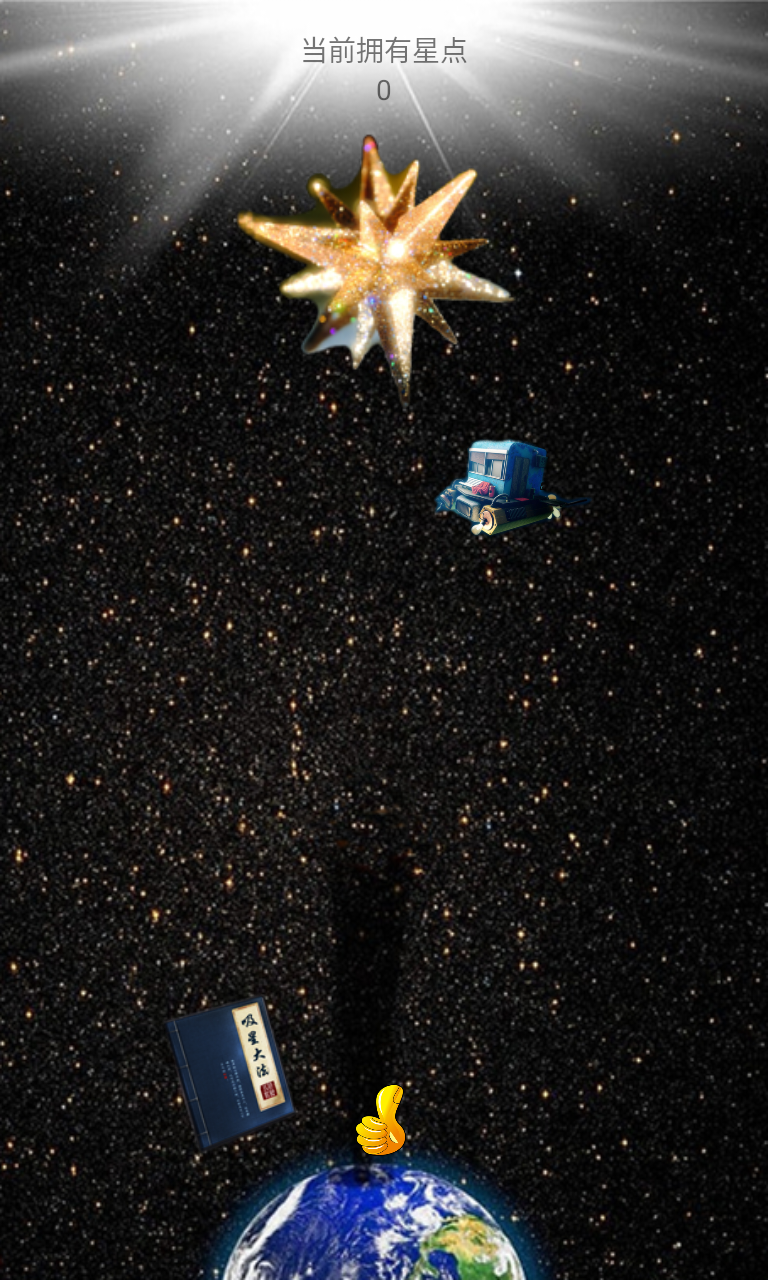
Repository: xianyun2014/StarPoint
Layout: game/res/layout/activity_main.xml
The author's editor kept a copy of each file at every save. The layout is drawn from the files as they stood at one save, then again after the next save.
It is drawn on a 768 x 1280 px phone screen (xhdpi) without system bars, with theme AppTheme; the app's code is not run.

Above is the layout before, as saved 2014-11-16 15:47:25.

### game/res/layout/activity_main.xml
<RelativeLayout xmlns:android="http://schemas.android.com/apk/res/android"
    xmlns:tools="http://schemas.android.com/tools"
    android:layout_width="fill_parent"
    android:layout_height="fill_parent"
    tools:context="${relativePackage}.${activityClass}" >

    <ImageView
        android:id="@+id/imageView1"
        android:layout_width="fill_parent"
        android:layout_height="fill_parent"
        android:layout_alignParentTop="true"
        android:scaleType="fitXY"
        android:src="@drawable/back" />

    <ImageView
        android:id="@+id/imgStar"
        android:layout_width="150dp"
        android:layout_height="150dp"
        android:layout_alignParentTop="true"
        android:layout_centerHorizontal="true"
        android:layout_marginTop="54dp"
        android:scaleType="fitXY"
        android:src="@drawable/star" />

    <TextView
        android:id="@+id/textView1"
        android:layout_width="wrap_content"
        android:layout_height="wrap_content"
        android:layout_alignParentTop="true"
        android:layout_centerHorizontal="true"
        android:layout_marginTop="14dp"
        android:text="@string/cur_star" />

    <TextView
        android:id="@+id/txtStar"
        android:layout_width="wrap_content"
        android:layout_height="wrap_content"
        android:layout_below="@+id/textView1"
        android:layout_centerHorizontal="true"
        android:text="0" />

    <ImageView
        android:id="@+id/imageView2"
        android:layout_width="50dp"
        android:layout_height="50dp"
        android:layout_alignParentBottom="true"
        android:layout_centerHorizontal="true"
        android:layout_marginBottom="54dp"
        android:src="@drawable/jz_mz" />

    <ImageView
        android:id="@+id/imageView3"
        android:layout_width="70dp"
        android:layout_height="100dp"
        android:layout_alignBottom="@+id/imageView2"
        android:layout_toLeftOf="@+id/textView1"
        android:src="@drawable/jz_xzdf" />

    <ImageView
        android:id="@+id/imageView4"
        android:layout_width="80dp"
        android:layout_height="80dp"
        android:layout_below="@+id/imgStar"
        android:layout_toRightOf="@+id/imageView2"
        android:src="@drawable/jz_mfw" />

</RelativeLayout>

### game/res/values/strings.xml
<?xml version="1.0" encoding="utf-8"?>
<resources xmlns:android="http://schemas.android.com/apk/res/android">

    <string name="app_name">game</string>
    <string name="hello_world">Hello world!</string>
    <string name="cur_star">当前拥有星点</string>

</resources>

Loaded but not shown: game/res/values/styles.xml (common file); game/res/values-v11/styles.xml (common file); game/res/values-v14/styles.xml (common file)

After the next save:
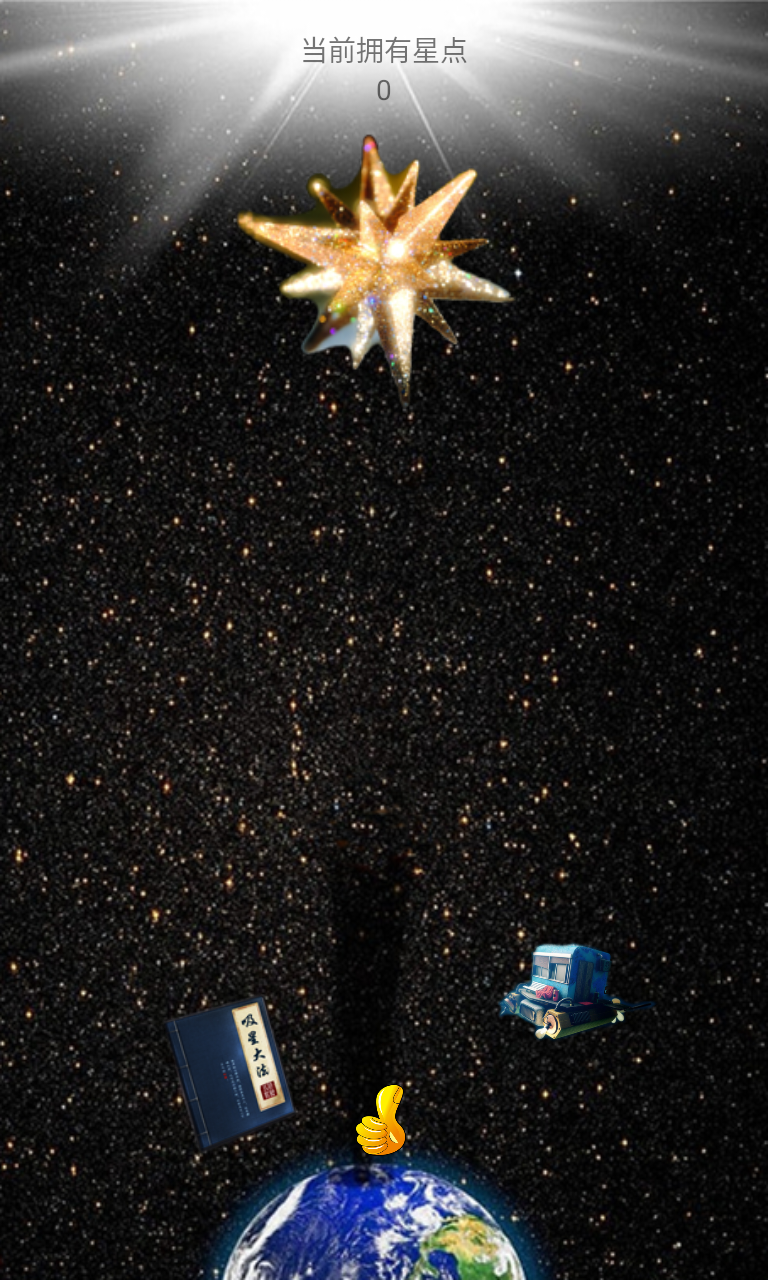
Saved 4 min 38 s later.
--- a/game/res/layout/activity_main.xml
+++ b/game/res/layout/activity_main.xml
@@ -40,7 +40,7 @@
         android:text="0" />
 
     <ImageView
-        android:id="@+id/imageView2"
+        android:id="@+id/jz_mz"
         android:layout_width="50dp"
         android:layout_height="50dp"
         android:layout_alignParentBottom="true"
@@ -49,19 +49,20 @@
         android:src="@drawable/jz_mz" />
 
     <ImageView
-        android:id="@+id/imageView3"
+        android:id="@+id/jz_xxdf"
         android:layout_width="70dp"
         android:layout_height="100dp"
-        android:layout_alignBottom="@+id/imageView2"
+        android:layout_alignBottom="@+id/jz_mz"
         android:layout_toLeftOf="@+id/textView1"
         android:src="@drawable/jz_xzdf" />
 
     <ImageView
-        android:id="@+id/imageView4"
+        android:id="@+id/jz_mfw"
         android:layout_width="80dp"
         android:layout_height="80dp"
-        android:layout_below="@+id/imgStar"
-        android:layout_toRightOf="@+id/imageView2"
+        android:layout_above="@+id/jz_mz"
+        android:layout_marginLeft="15dp"
+        android:layout_toRightOf="@+id/textView1"
         android:src="@drawable/jz_mfw" />
 
 </RelativeLayout>
